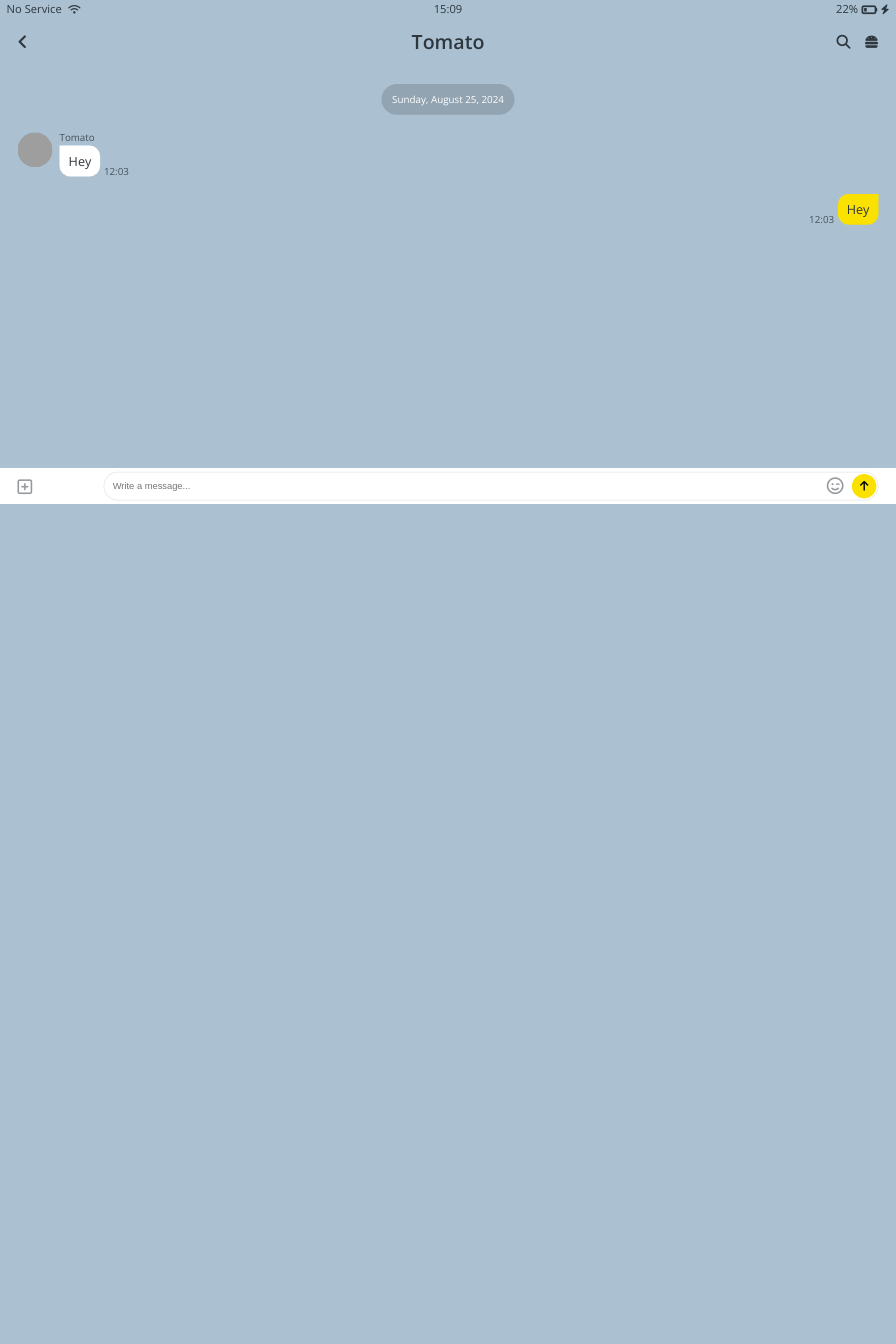
Repository: mjey14/kokoa-clone-2024-08
Page: chat.html
An editor plug-in stored every save of this project. The page is shown before and after a run of saves, followed by the edit.
The browser window is 1280 px wide. The pictures show the part of the page from y = 0 to 1920 px (the page is 3720 px tall before and 3780 px after), at 70% of full size.
Pictures or frames that could not be fetched are drawn as grey boxes. Some web libraries are served in a nearby version.

Above is the page before, as saved 2024-08-25 21:07:40.

After the next 2 saves:
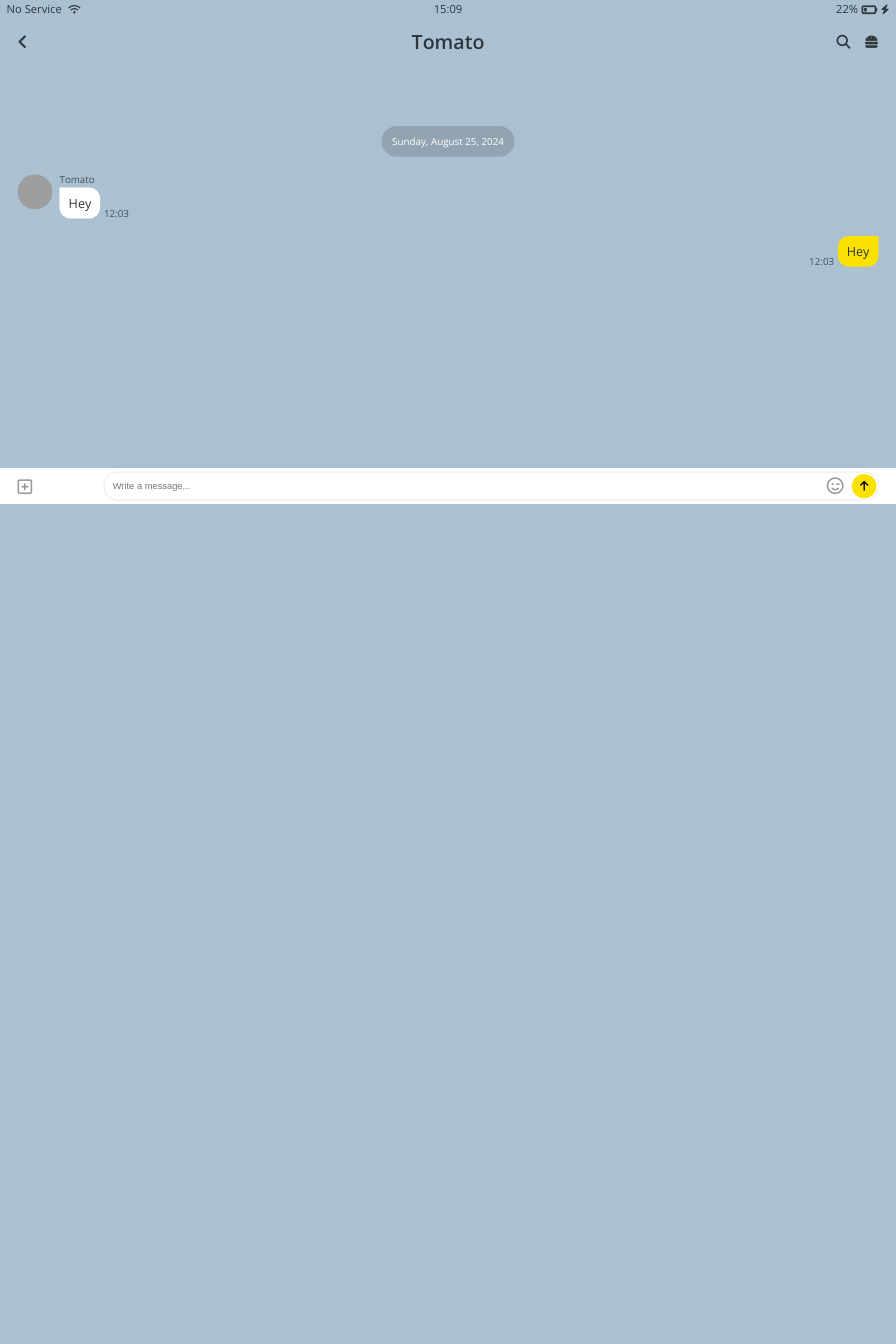
The 2 saves are shown as one change because they came seconds apart.
The last was saved 25 s later.
--- a/css/screens/chat.css
+++ b/css/screens/chat.css
@@ -33,8 +33,19 @@
   margin-top: 150px;
 }
 
+@keyframes fadeIn {
+  from {
+    transform: translateY(30px);
+    opacity: 0;
+  }
+  to {
+    transform: none;
+    opacity: 1;
+  }
+}
+
 .main-chat {
-  margin-top: 120px;
+  margin-top: 180px;
   display: flex;
   flex-direction: column;
   align-items: center;
